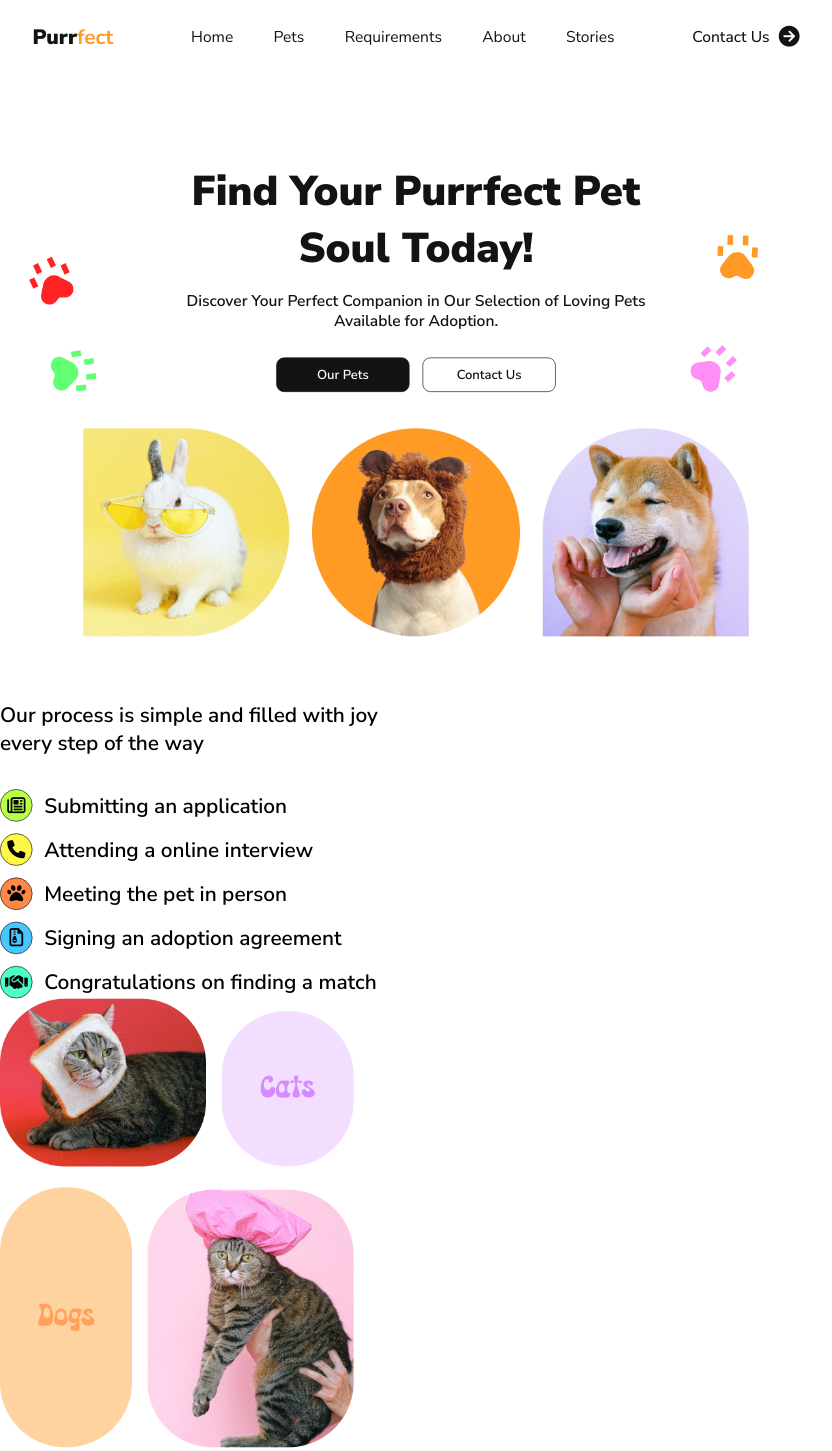
Repository: prashidika/purrfect-pet-adoption
Page: index.html
The author's editor kept a copy of each file at every save. The page is drawn from the files as they stood at one save, then again after the next save.
The browser window is 1280 px wide. The pictures show the whole page, at 65% of full size.
Some web libraries are served in a nearby version.

Above is the page before, as saved 2025-08-25 08:23:01.

After the next save:
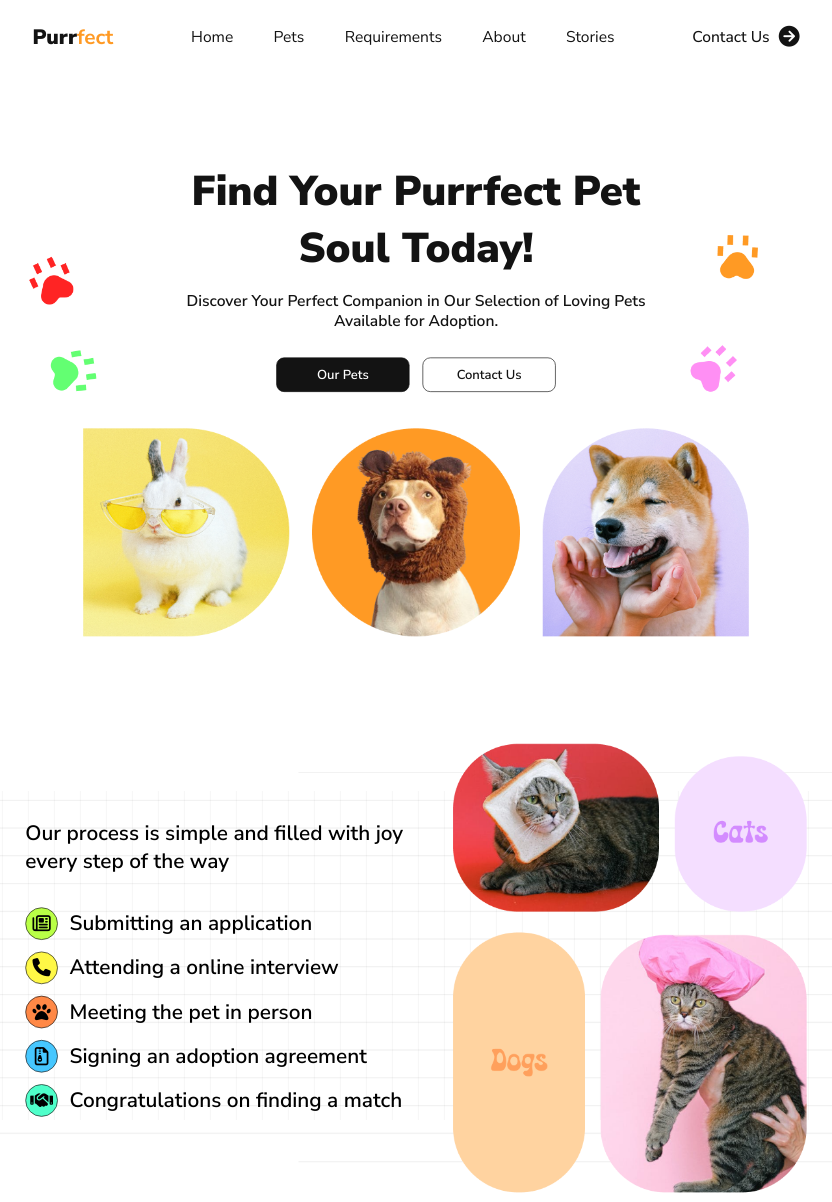
Saved 3 min 50 s later.
--- a/index.html
+++ b/index.html
@@ -86,7 +86,9 @@
 
 <!-- Hero Page Section End -->
 
-<section class="about" id="about">
+<!-- Requirement Section -->
+
+<section class="requirements" id="requirements">
     <div class="requirements-headlines">
         <p>Our process is simple and filled with joy every step of the way</p>
 
@@ -133,6 +135,7 @@
     </div>
     <img src="img/requirements-img.png" alt="img" />
 </section>
+<!-- Requirement Section End -->
 
 </body>
 
